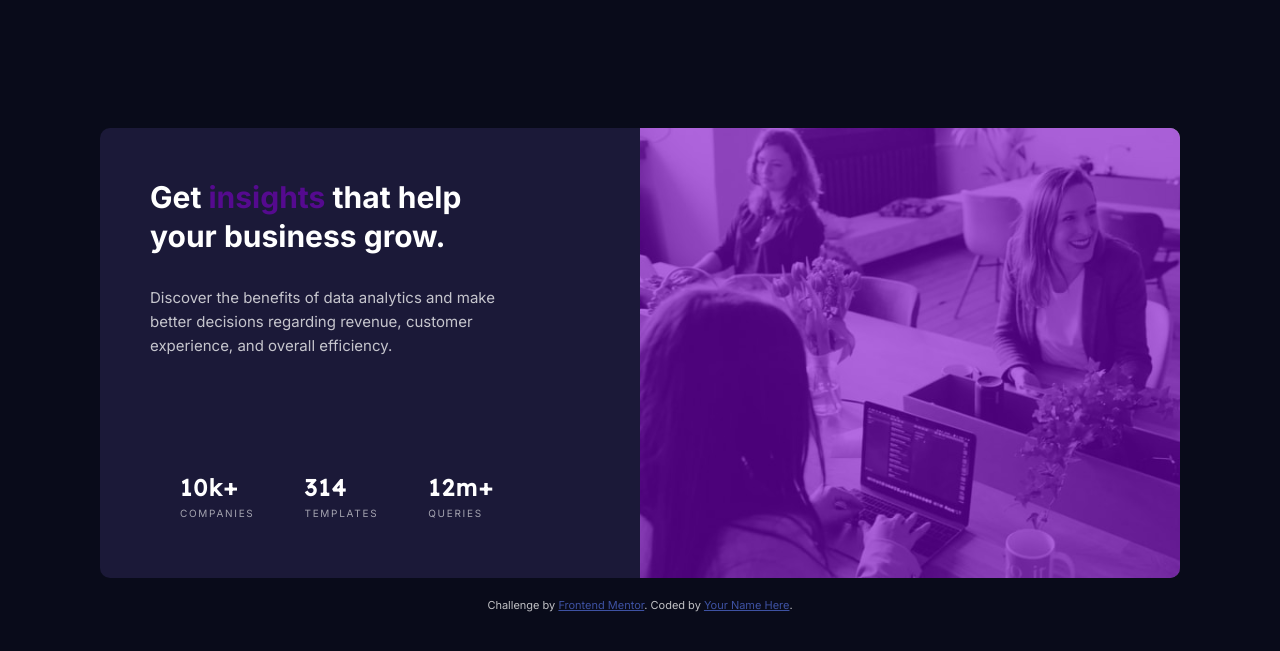
Repository: DejV44/stats-preview-card-component-main
Page: index.html
The author's editor kept a copy of each file at every save. The page is drawn from the files as they stood at one save, then again after the next save.
The browser window is 1280 px wide. The pictures show the whole page.
The style sheet was rebuilt from its Sass, Less or Tailwind sources for each picture, by a compiler version that may differ from the author's.

Above is the page before, as saved 2021-07-10 21:30:21.

After the next save:
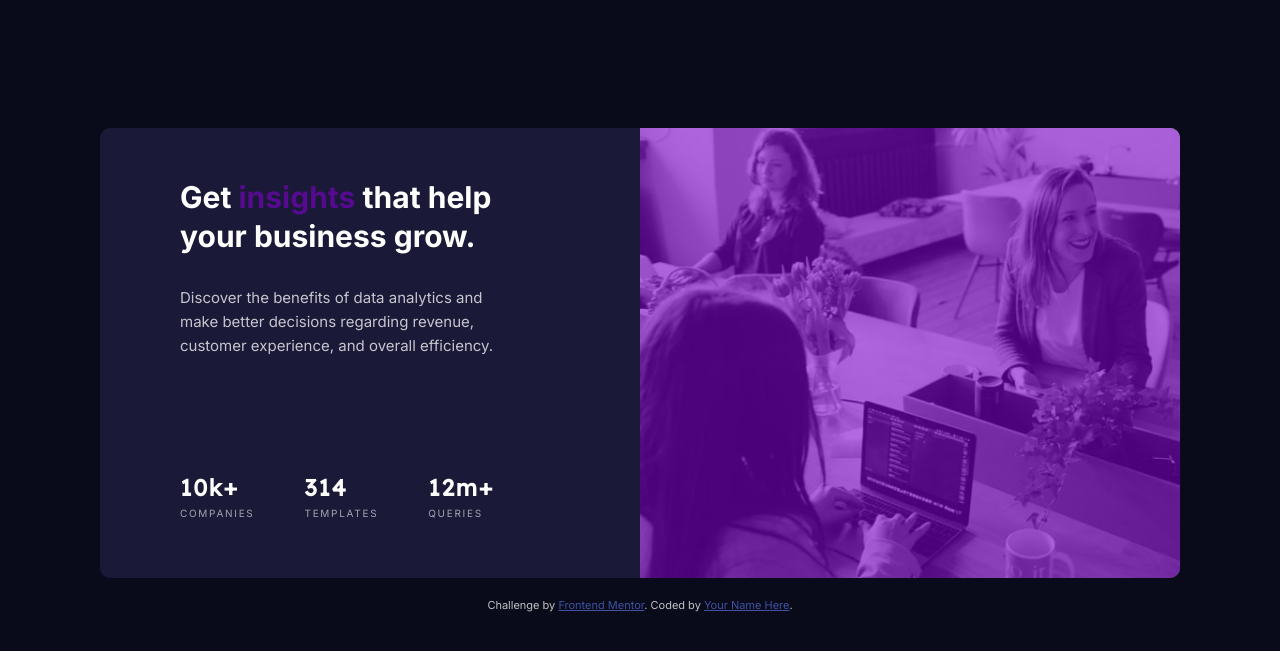
Saved 21 s later.
--- a/css/style.scss
+++ b/css/style.scss
@@ -144,7 +144,7 @@ body {
         h1, p {
           text-align: left;
           max-width: 540px;
-          margin-left: 50px;
+          margin-left: 80px;
           margin-right: 100px;
           padding-left: 0;
         }
